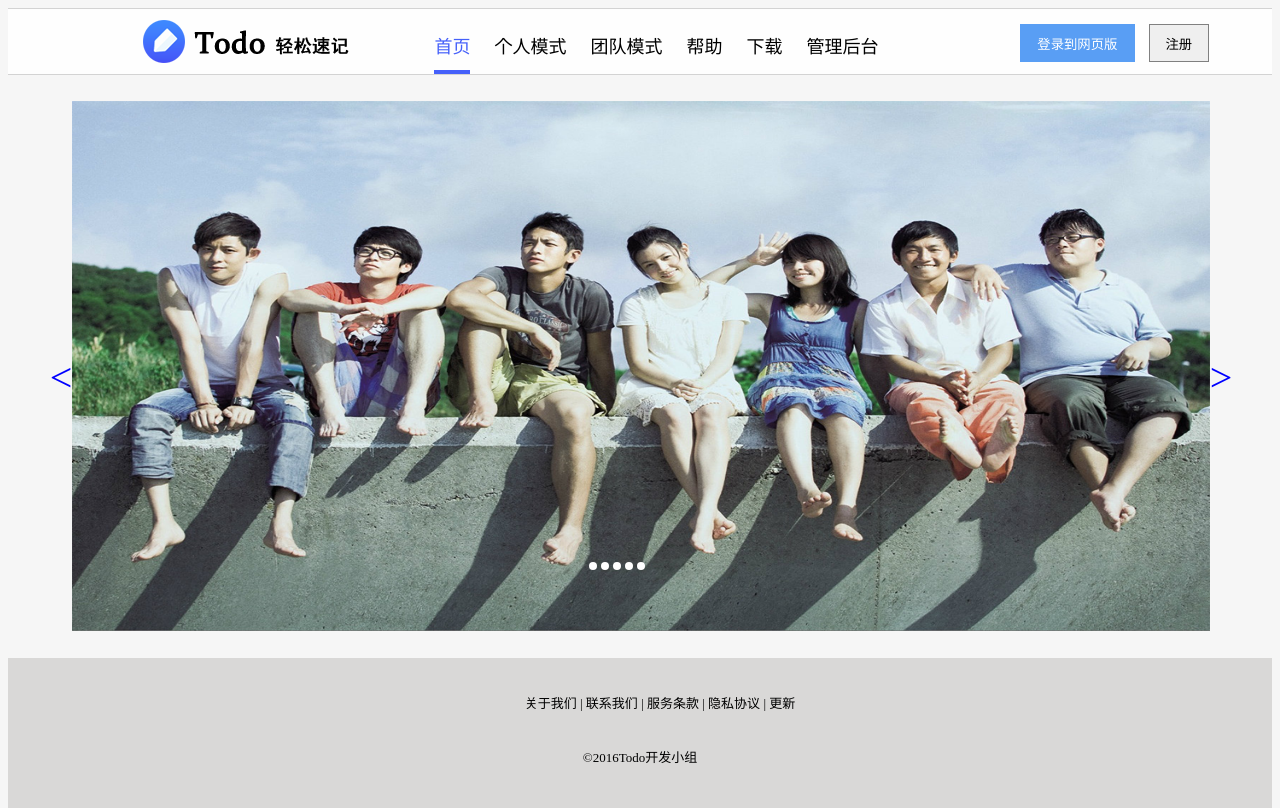
Repository: lengchang/Todo
Page: http://localhost/Todoweb/index.jsp
The author's editor kept a copy of each file at every save. The page is drawn from the files as they stood at one save, then again after the next save.
The browser window is 1280 px wide. The pictures show the whole page.
The page is served by Tomcat 9. Other server files are loaded and not shown. The template is opened directly, without the code that normally fills it, so the values that code supplies are empty.

Above is the page before, as saved 2016-12-13 15:50:47.

### Todoweb/WebContent/index.jsp
<%@ page language="java" contentType="text/html; charset=UTF-8"
	pageEncoding="UTF-8"%>
<%@ taglib prefix="s" uri="/struts-tags"%>
<HTML !DOCTYPE>
<head>
<meta charset="utf-8">
<title>Todo|多彩生活，简单记录...</title>
<link rel="stylesheet" type="text/css" href="./css/index.css" />
<script src="./js/jquery-3.1.1.js"></script>
</head>
<body>
	<header>
		<s:include value="./Master/nav.jsp" />
	</header>
	<article>
		<div id="img_show_container">
			<div id="show_img">
				<img src="./img/test1.png" id="first_img" class="img"> <img
					src="./img/test2.png" id="second_img" class="img"> <img
					src="./img/test3.png" id="third_img" class="img"> <img
					src="./img/test4.png" id="forth_img" class="img"> <img
					src="./img/test5.png" id="fifth_img" class="img">
			</div>
		</div>
		<div id="radio_button">
			<div id="first_circle"></div>
			<div id="second_circle"></div>
			<div id="third_circle"></div>
			<div id="forth_circle"></div>
			<div id="fifth_circle"></div>
		</div>
		<div id="back_head">
			<span id="back">&lt</span>
			<sapn id="head">&gt</span>
		</div>
	</article>
	<footer>
		<s:include value="./Master/footer.jsp" />
	</footer>
	<script src="./js/index.js"></script>
</body>
</HTML>

### Todoweb/WebContent/Master/nav.jsp
<%@ page pageEncoding="UTF-8"%>
<%@ taglib prefix="s" uri="/struts-tags"%>
<div id="top_logo">
	<a href="/Todoweb/index.jsp"> <img src="./img/logo.png">
	</a>
</div>
<nav id="top_nav">
	<ul>
		<a href="/Todoweb/index.jsp" id="index_firstpage"><li id="ul_index">首页</li></a>
		<a href="self_mode_use.html" id="self_mode"><li>个人模式</li></a>
		<a href="team_mode_use.html" id="team_mode"><li>团队模式</li></a>
		<a href="help.html" id="help"><li>帮助</li></a>
		<a href="download.html" id="download"><li>下载</li></a>
		<a href="/Todoweb/WEB-INF/root/admin.jsp"><li>管理后台</li></a>
	</ul>
</nav>
<div id="top_button">
	<s:if test="#session['username']!=null">
		<a href="/Todoweb/acessUserinfo.action">${session.username}</a>
		<a href="/Todoweb/logout.action">logout</a>
	</s:if>
	<s:if test="#session['username']==null">
		<a href="/Todoweb/login.jsp"><button id="button_login">登录到网页版</button></a>
		<a href="/Todoweb/register.jsp"><button id="button_regist">注册</button></a>
	</s:if>
</div>

### Todoweb/WebContent/Master/footer.jsp
<%@ page pageEncoding="UTF-8"%>
<div class="about" id="about_us">
	<ul>
		<a href="about_us.html"><li class="no_last">关于我们</li></a>
		<a href="email.html"><li class="no_last">联系我们</li></a>
		<a href="serve.html"><li class="no_last">服务条款</li></a>
		<a href="serect.html"><li class="no_last">隐私协议</li></a>
		<a href="update.html"><li class="no_">更新</li></a>
	</ul>
</div>
<div class="about" id="about_team">©2016Todo开发小组</div>

### Todoweb/WebContent/css/index.css
body{
    background: #F6F6F6;
}
header{
    width:100%;
    height:65px;
    border-top: solid lightgray 1px;
    border-bottom: solid lightgray  1px;
    background: #FEFEFE;
}
article{
    width: 100%;;
    float: left;
    margin: 1px;
    position: relative;
}

footer{
    width: 100%;
    height: 150px;
    background: #D9D8D7;
    float:left;
    margin-top:2%;
}

#top_logo{
    margin-left: 10%;
    float: left;
    margin-top:10px;
}

nav ul a:hover{
    color: #4560FA;
}

#top_nav{
    height:45px;
    float: left;
}

#top_button{
	height:45px;
	float:right;
	margin-right: 5%;
    margin-top:15px;
}

#top_button button{
    height: 38px;
}

#about_us ul li{
	display: inline-block;
    list-style: none;
}

nav ul li{
    margin-left: 20px;
    margin-top:7px;
    font-size: 18px;
    display: inline-block;
    list-style: none;
    height:38px;
}

nav ul li:hover{
    border-bottom: solid #4560FA 4px;
}

a{
    text-decoration-line: none;
    color: #000000;
}

a::visited{
    color: #4560FA;
}

#button_login {
    width:115px;
    background: #599EF4;
    border:solid #599EF4 1px;
    color: white;
}

#button_login:hover{
    background: rgba(68,87,247,0.8);
    border:solid blue 1px;
    color: white;
}

#button_regist{
    width:60px;
    margin-left: 10px;
    border:solid gray 1px;
    color: #000000;
}
#button_regist:hover{
    background: rgba(254,254,254,0.7);
    border:solid gray 1px;
    color: #000000;
}
.about{
    text-align: center;
    margin-top:35px;
    font-size:13px;
}
#about_us ul li.no_last::after{
    content: " | ";
}

#index_firstpage{
    color: #4560FA;
}

#ul_index{
    border-bottom: solid #4560FA 4px;
}

.about ul a:hover{
    color: blue;
}

#radio_button{
    width: 300px;
    float: left;
    position: absolute;
    top:480px;
    left: 580px;
    z-index: 3;
}

#img_show_container{
    width: 90%;
    height:530px;
    overflow: hidden;
    position:relative;
    left:5%;
    margin-top:2%;
}

#show_img{
    position: relative;
    width: 100%;
    height: 530px;
}

#show_img [id$=img]{
    position: absolute;
    top:0px;
    width: 100%;
    height: 530px;
}

#first_img{
    left: 0%;
}
#second_img{
     left: 110%;
}
#third_img{
    left: 220%;
}
#forth_img{
    left: 330%;
}
#fifth_img{
    left: 440%;

}
#back_head{
    position: absolute;
    font-size: 40px;
    color: blue;
    top: 50%;
    width:100%;
}
#head{
    position: absolute;
    left: 95%;
}
#back{
	position: absolute;
	right:95%;
}
#back,#head,#radio_button div{
    cursor: pointer;
}
#back:hover,#head:hover{
    opacity: 0.8;
}
#radio_button div{
    display: inline-block;
    background: white;
    width:8px;
    height:8px;
    border-radius: 8px;
}
#radio_button div:hover{
    background: #4560FA;
}

### Todoweb/WebContent/js/index.js
$(document).ready(function () {
  var currentIndex = 0
  var imgLength = $('.img').length
  // 自动轮播效果的实现
  // 定义计时器
  var autoChange = setInterval(function () {
    currentIndex = currentIndex < imgLength - 1 ? currentIndex + 1 : 0
    changeTo(currentIndex)
  }, 6000)
  // 选中圆点效果实现
  $('#radio_button').find('div').each(function (item) {
    $(this).click(function () {
      clearInterval(autoChange)
      changeTo(item)
      currentIndex = item
      autoChangeAgain()

    })
  })
  // 重置计时器
  function autoChangeAgain () {
    autoChange = setInterval(function () {
      currentIndex = currentIndex < imgLength - 1 ? currentIndex + 1 : 0
      changeTo(currentIndex)
    }, 6000)
  }
  // 鼠标放到左箭头
  $('#back').hover(function () {
    clearInterval(autoChange)
  }, function () {
    autoChangeAgain()
  })
  // 鼠标放到右箭头
  $('#head').hover(function () {
    clearInterval(autoChange)
  }, function () {
    autoChangeAgain()
  })
  // 左箭头点击处理
  $('#back').click(function () {
    currentIndex = (currentIndex > 0) ? (--currentIndex) : (imgLength - 1)
    changeTo(currentIndex)
  })
  // 右箭头点击处理
  $('#head').click(function () {
    currentIndex = (currentIndex < imgLength - 1) ? (++currentIndex) : 0
    changeTo(currentIndex)
  })
})
function changeTo (num) {
  var gotoLeft = num * 1333
  $('#show_img').animate({ left: '-' + gotoLeft + 'px' }, 'fast')
}

Loaded but not shown: Todoweb/WebContent/js/jquery-3.1.1.js (library)

After the next save:
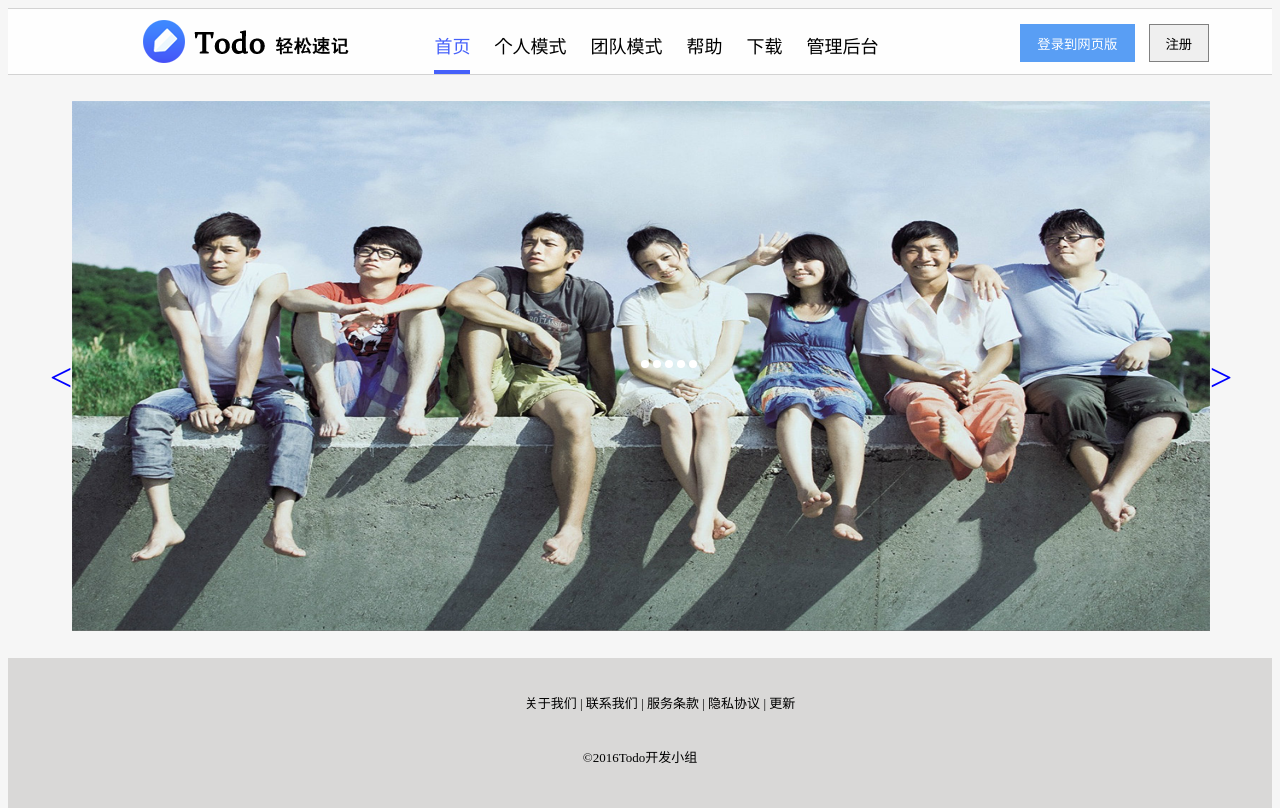
Saved 12 s later.
--- a/Todoweb/WebContent/css/index.css
+++ b/Todoweb/WebContent/css/index.css
@@ -125,8 +125,8 @@ a::visited{
     width: 300px;
     float: left;
     position: absolute;
-    top:480px;
-    left: 580px;
+    top:50%;
+    left: 50%;
     z-index: 3;
 }
 
